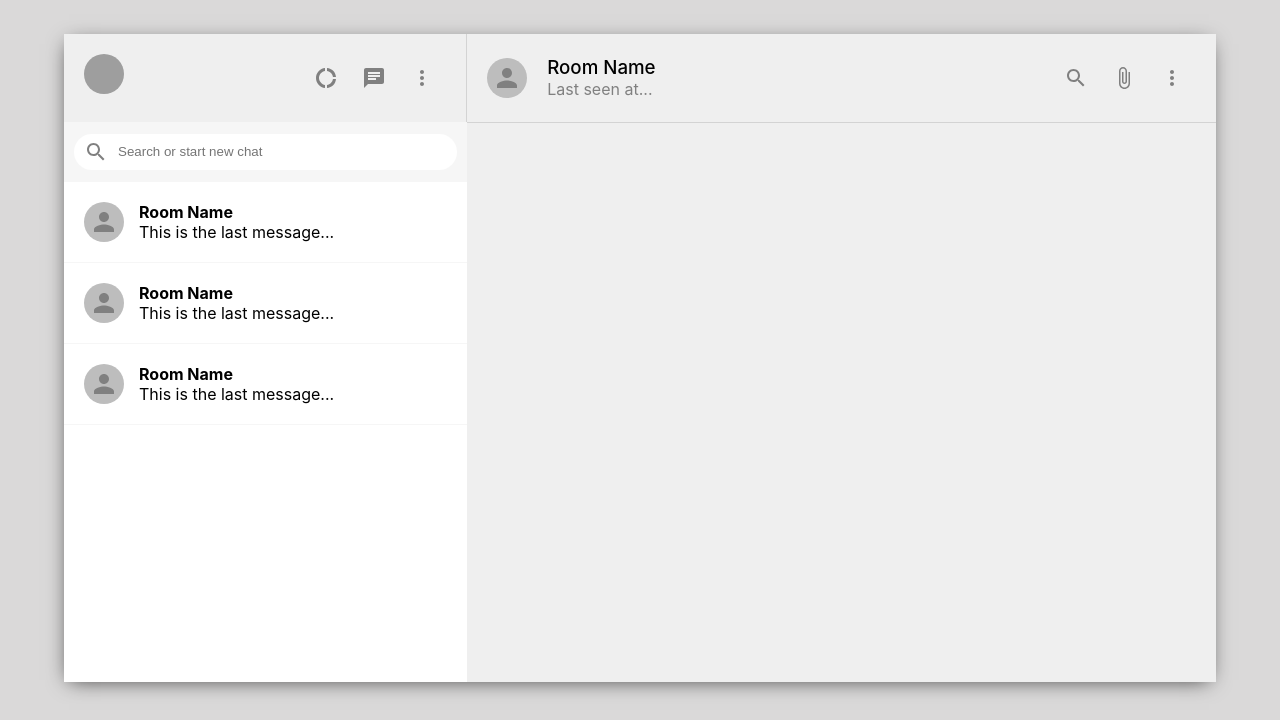
Repository: BogoGit/clone-whatsapp
Page: / (app in whatsapp-front/)
These files come from the project's save history. The page is drawn as it stood at one moment and after the next save; the edit follows.
The browser window is 1280 px wide. The pictures show the whole page.
Pictures or frames that could not be fetched are drawn as grey boxes. The project was rebuilt for these pictures with package versions that can differ from the ones it lists, and the page was loaded fresh each time.

Above is the page before, as saved 2020-11-18 21:09:56.

### whatsapp-front/src/index.js
import React from 'react'
import ReactDOM from 'react-dom'
import './index.css'
import App from './Components/App'

ReactDOM.render(
	<React.StrictMode>
		<App />
	</React.StrictMode>,
	document.getElementById('root')
)

### whatsapp-front/src/index.css
*,
*::before,
*::after {
	margin: 0;
	padding: 0;
	box-sizing: border-box;
}

html {
	font-size: 62.5%;
}

body {
	margin: 0;
	font-family: -apple-system, BlinkMacSystemFont, 'Segoe UI', 'Roboto', 'Oxygen',
		'Ubuntu', 'Cantarell', 'Fira Sans', 'Droid Sans', 'Helvetica Neue',
		sans-serif;
	font-size: 1.6rem;
	-webkit-font-smoothing: antialiased;
	-moz-osx-font-smoothing: grayscale;
}

code {
	font-family: source-code-pro, Menlo, Monaco, Consolas, 'Courier New',
		monospace;
}

### whatsapp-front/src/Components/App.js
import React from 'react'
import './App.css'
import Sidebar from './Sidebar'
import Chat from './Chat'

function App() {
	return (
		<div className='app'>
			<div className='app__body'>
				<Sidebar />
				<Chat />
			</div>
		</div>
	)
}

export default App

### whatsapp-front/src/Components/App.css
.app {
	display: grid;
	place-items: center;
	height: 100vh;
	background-color: #dad9d9;
}

.app__body {
	display: flex;
	background-color: #efefef;
	margin-top: -5px;
	height: 90vh;
	width: 90vw;
	box-shadow: -1px 4px 2rem -6px rgba(0, 0, 0, 0.75);
}

### whatsapp-front/src/Components/Sidebar.js
import React from 'react'
import './Sidebar.css'
import DonutLargeIcon from '@material-ui/icons/DonutLarge'
import ChatIcon from '@material-ui/icons/Chat'
import MoreVertIcon from '@material-ui/icons/MoreVert'
import { Avatar, IconButton } from '@material-ui/core'
import { SearchOutlined } from '@material-ui/icons'
import SidebarChat from './SidebarChat'

const Sidebar = () => {
	return (
		<div class='sidebar'>
			<div className='sidebar__header'>
				<Avatar src='https://media-exp1.licdn.com/dms/image/C4E03AQGGqZWpjHYUUg/profile-displayphoto-shrink_400_400/0?e=1611187200&v=beta&t=y6jr13vae_pl2v3V5tMdfqomm_dYtnKT4jKiYVt33hw' />
				<div className='sidebar__headerRight'>
					<IconButton>
						<DonutLargeIcon />
					</IconButton>
					<IconButton>
						<ChatIcon />
					</IconButton>
					<IconButton>
						<MoreVertIcon />
					</IconButton>
				</div>
			</div>

			<div className='sidebar__search'>
				<div className='sidebar__searchContainer'>
					<SearchOutlined />
					<input placeholder='Search or start new chat' type='text' />
				</div>
			</div>

			<div className='sidebar__chats'>
				<SidebarChat />
				<SidebarChat />
				<SidebarChat />
			</div>
		</div>
	)
}

export default Sidebar

### whatsapp-front/src/Components/Chat.js
import React from 'react'
import './Chat.css'
import { Avatar, IconButton } from '@material-ui/core'
import { AttachFile, MoreVert, SearchOutlined } from '@material-ui/icons'

const Chat = () => {
	return (
		<div class='chat'>
			<div className='chat__header'>
				<Avatar />
				<div className='chat__headerInfo'>
					<h3>Room Name</h3>
					<p>Last seen at...</p>
				</div>
				<div className='chat__headerRight'>
					<IconButton>
						<SearchOutlined />
					</IconButton>
					<IconButton>
						<AttachFile />
					</IconButton>
					<IconButton>
						<MoreVert />
					</IconButton>
				</div>
			</div>
		</div>
	)
}

export default Chat

### whatsapp-front/src/Components/Sidebar.css
.sidebar {
	display: flex;
	flex-direction: column;
	flex: 0.35;
}

.sidebar__header {
	display: flex;
	justify-content: space-between;
	padding: 2rem;
	border-right: solid 1px lightgray;
}

.sidebar__headerRight {
	display: flex;
	align-items: center;
	justify-content: space-between;
	min-width: 10vw;
}

.MuiSvgIcon-root {
	font-size: 2.4rem !important;
	color: gray;
}

.sidebar__search {
	display: flex;
	align-items: center;
	background-color: #f6f6f6;
	height: 4rem;
	padding: 3rem 1rem;
}

.sidebar__searchContainer {
	display: flex;
	align-items: center;
	background-color: #fff;
	width: 100%;
	height: 3.6rem;
	border-radius: 2rem;
	padding: 1rem;
}

.sidebar__searchContainer > input {
	border: none;
	outline: none;
	margin-left: 1rem;
}

.sidebar__chats {
	flex: 1;
	background-color: #fff;
	overflow: scroll;
}

### whatsapp-front/src/Components/SidebarChat.js
import React from 'react'
import './SidebarChat.css'
import { Avatar } from '@material-ui/core'

const SidebarChat = () => {
	return (
		<div class='sidebarChat'>
			<Avatar />
			<div className='sidebarChat__info'>
				<h2>Room Name</h2>
				<p>This is the last message...</p>
			</div>
		</div>
	)
}

export default SidebarChat

### whatsapp-front/src/Components/Chat.css
.chat {
	display: flex;
	flex-direction: column;
	flex: 0.65;
}

.chat__header {
	display: flex;
	align-items: center;
	border-bottom: 1px solid lightgray;
	padding: 2rem;
}

.chat__headerInfo {
	flex: 1;
	padding-left: 2rem;
}

.chat__headerInfo > h3 {
	font-weight: 500;
}

.chat__headerInfo > p {
	color: gray;
}

### whatsapp-front/src/Components/SidebarChat.css
.sidebarChat {
	display: flex;
	padding: 2rem;
	cursor: pointer;
	border-bottom: 1px solid #f6f6f6;
}

.sidebarChat:hover {
	background-color: #efefef;
}

.sidebarChat__info {
	margin-left: 1.5rem;
}

.sidebarChat__info > h2 {
	font-size: 1.6rem;
}

Loaded but not shown: whatsapp-front/public/index.html (common file)

After the next save:
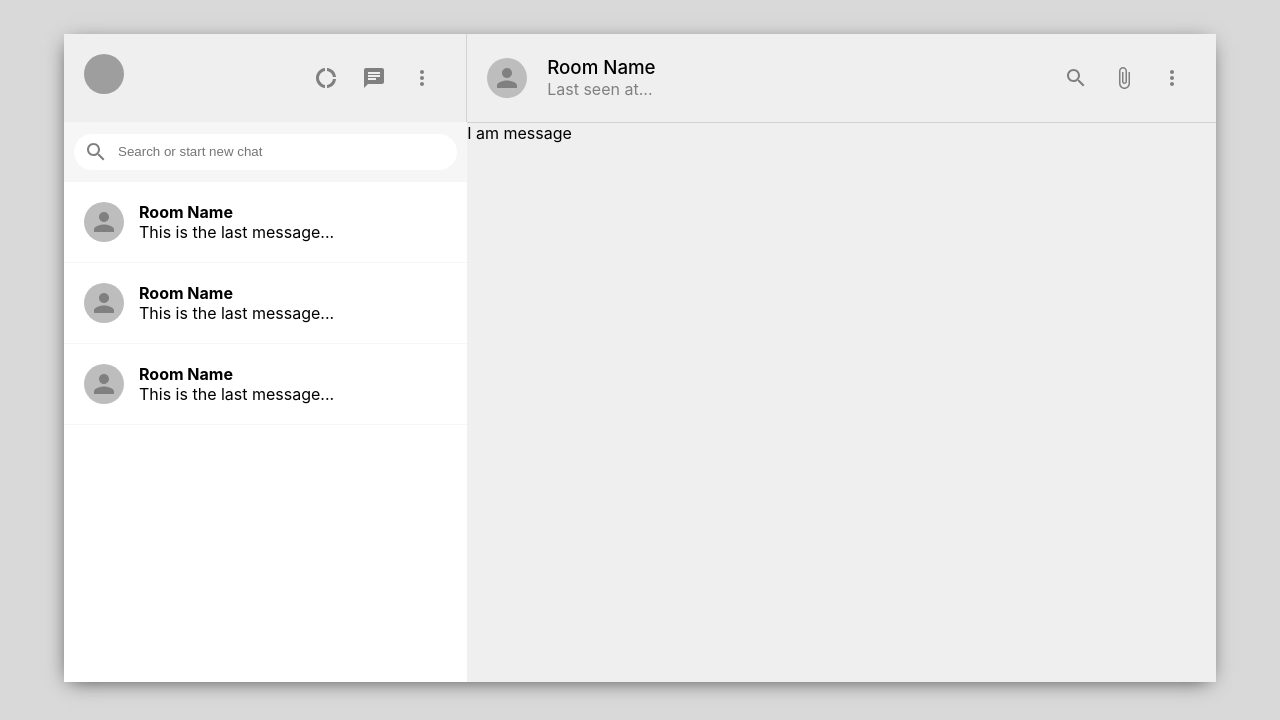
Saved 2 min 1 s later.
--- a/whatsapp-front/src/Components/Chat.js
+++ b/whatsapp-front/src/Components/Chat.js
@@ -24,6 +24,9 @@ const Chat = () => {
 					</IconButton>
 				</div>
 			</div>
+			<div className='chat__body'>
+				<p>I am message</p>
+			</div>
 		</div>
 	)
 }
